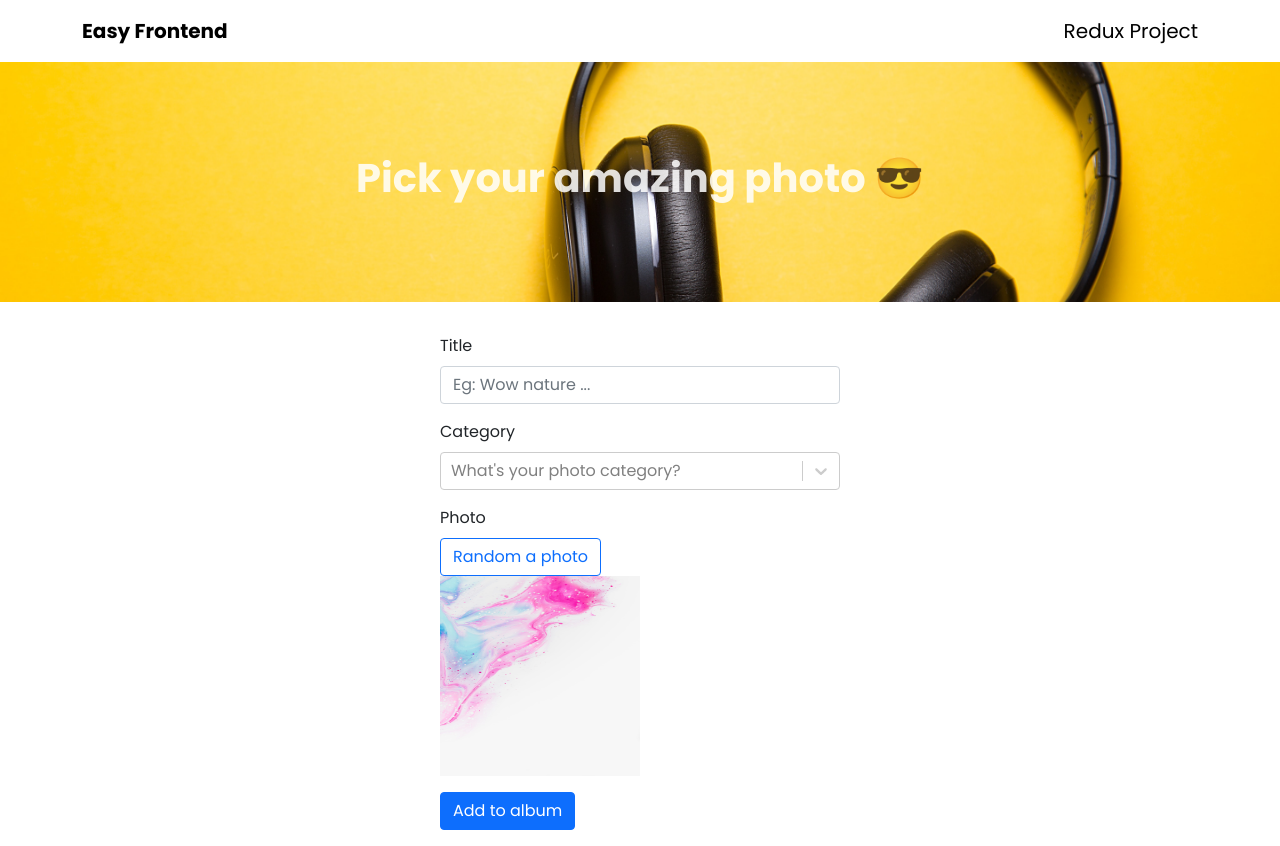
Repository: duckhai80/Redux-photo-app
Page: /photos/add
These files come from the project's save history. The page is drawn as it stood at one moment and after the next save; the edit follows.
The browser window is 1280 px wide. The pictures show the whole page.
The project was rebuilt for these pictures with package versions that can differ from the ones it lists, and the page was loaded fresh each time. Also part of the build but not shown: src/App.css, src/components/NotFound/index.jsx.

Above is the page before, as saved 2021-10-29 14:34:49.

After the next save:
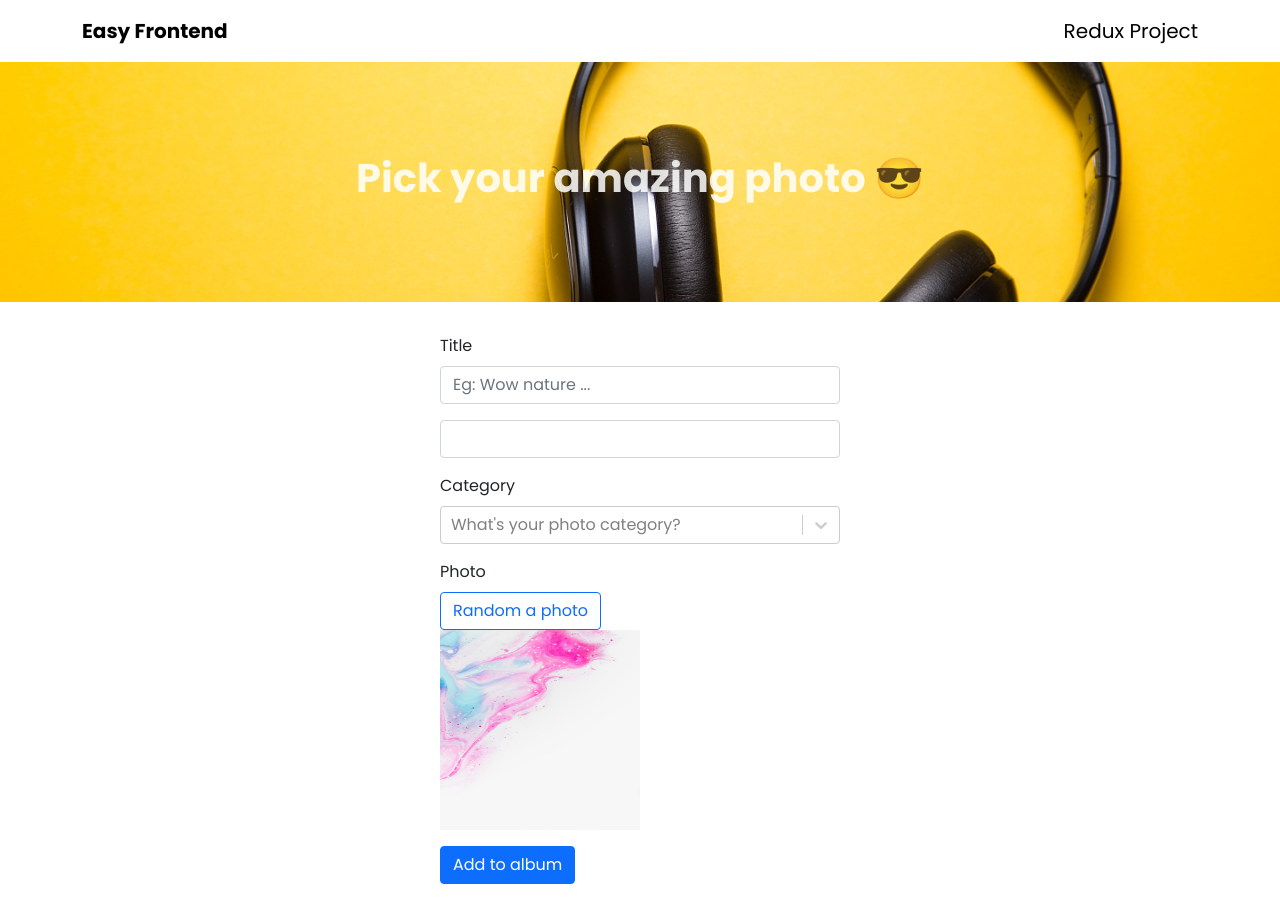
Saved 112 s later.
--- a/src/features/Photo/components/PhotoForm/index.jsx
+++ b/src/features/Photo/components/PhotoForm/index.jsx
@@ -34,6 +34,8 @@
               label="Title"
               placeholder="Eg: Wow nature ..."
             />
+
+            <FastField name="name" component={InputField}></FastField>
 
             <FormGroup>
               <Label for="categoryId">Category</Label>
